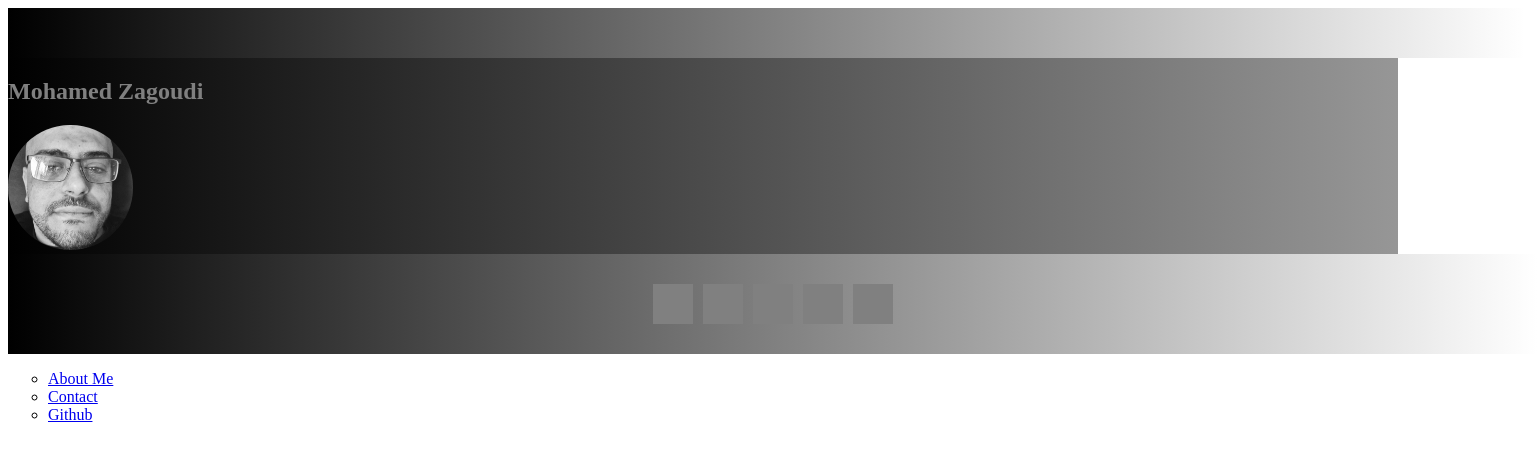
Repository: Mohzagou/Eersteportofolio
Page: index.html
The author's editor kept a copy of each file at every save. The page is drawn from the files as they stood at one save, then again after the next save.
The browser window is 1280 px wide. The page is 1537 px wide, so the pictures cover 1537 px, including what lies to the right of the window. The pictures show the whole page.

Above is the page before, as saved 2022-06-07 22:49:58.

After the next save:
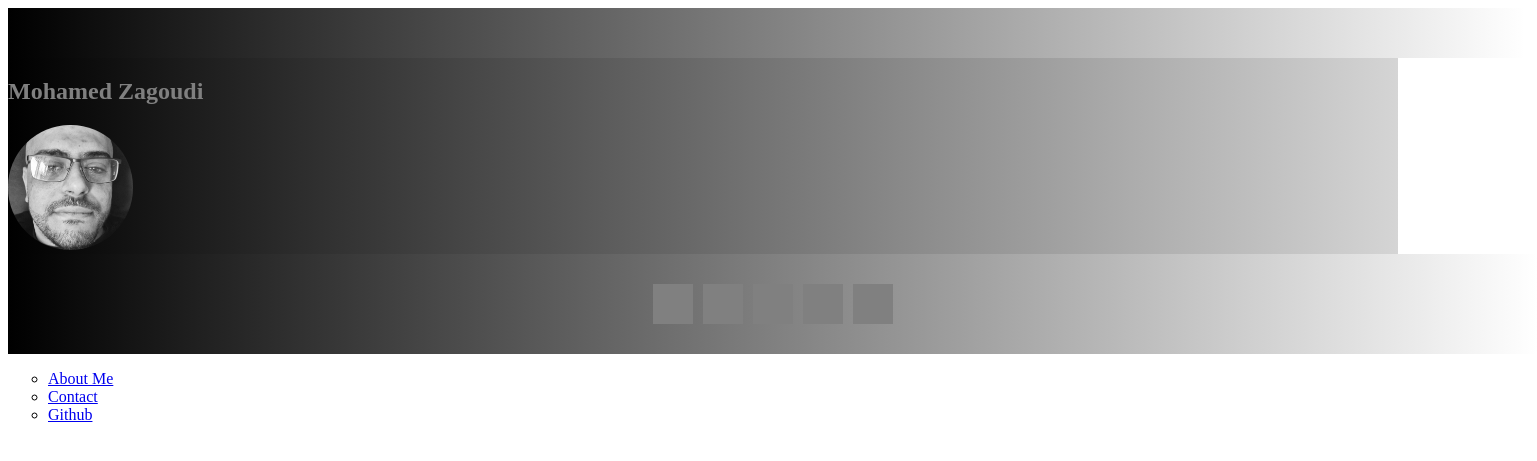
Saved 8 s later.
--- a/styles.css
+++ b/styles.css
@@ -23,7 +23,7 @@ section {
 .about-me {
     width: 110%;
     height: 200px;
-    background-image: repeating-linear-gradient(to right, black, grey, white 170%);
+    background-image: repeating-linear-gradient(to right, black, grey, white 120%);
     /*background-color: rgb(177, 69, 21, 0.8);*/
     /*margin: 10px 0 10px 0;
     border: solid black 10px;
